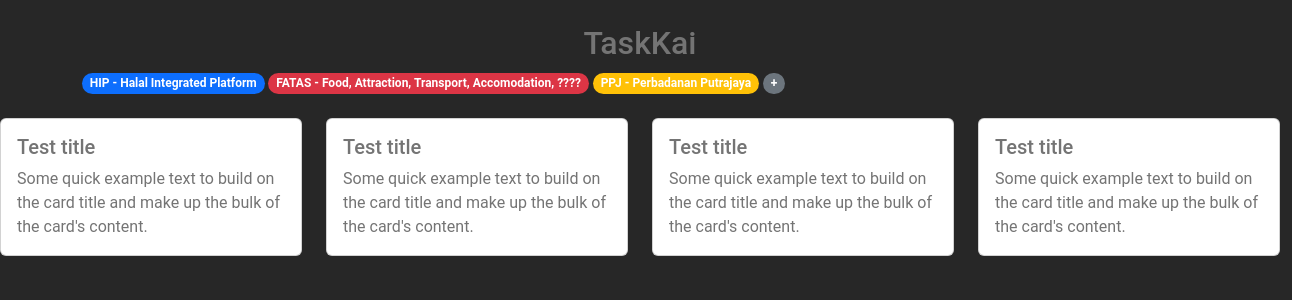
Repository: faizhakimi99/TaskKai
Page: src/views/index.html
The author's editor kept a copy of each file at every save. The page is drawn from the files as they stood at one save, then again after the next save.
The browser window is 1280 px wide. The page is 1292 px wide, then 1280 px, so the pictures cover 1292 px, including what lies to the right of the window. The pictures show the whole page.

Above is the page before, as saved 2025-01-27 12:44:53.

### src/views/index.html
<!DOCTYPE html>
<html lang="en">

<head>
    <meta charset="UTF-8">
    <meta name="viewport" content="width=device-width, initial-scale=1.0">
    <title>Task Kai</title>
    <link rel="stylesheet" href="/plugins/css/bootstrap.min.css" type="text/css">
    <link rel="stylesheet" href="/customStyle/style.css" type="text/css">
</head>

<body>
    <div class="mt-4"></div>
    <div id="notes-header" class="container">
        <div class="row">
            <div class="col-lg-12 text-center">
                <h2>TaskKai</h2>
            </div>
        </div>
    </div>

    <div id="list-project" class="container">
        <div class="row">
            <div class="col-lg-12">
                <span class="rounded-pill badge bg-primary">HIP - Halal Integrated Platform</span>
                <span class="rounded-pill badge bg-danger">FATAS - Food, Attraction, Transport, Accomodation, ????</span>
                <span class="rounded-pill badge bg-warning">PPJ - Perbadanan Putrajaya</span>
                <span class="rounded-pill badge bg-secondary">+</span>
            </div>
        </div>
    </div>

    <div id="kanban-project" class="custom-container-margin mt-4">
        <div class="row">
            <div class="col-lg-3">
                <div class="card h-100">
                    <div class="card-body">
                        <h5 class="card-title">Test title</h5>
                        <span>Some quick example text to build on the card title and make up the bulk of the card's content.</span>
                    </div>
                </div>
            </div>
            <div class="col-lg-3">
                <div class="card h-100">
                    <div class="card-body">
                        <h5 class="card-title">Test title</h5>
                        <span>Some quick example text to build on the card title and make up the bulk of the card's content.</span>
                    </div>
                </div>
            </div>
            <div class="col-lg-3">
                <div class="card h-100">
                    <div class="card-body">
                        <h5 class="card-title">Test title</h5>
                        <span>Some quick example text to build on the card title and make up the bulk of the card's content.</span>
                    </div>
                </div>
            </div>
            <div class="col-lg-3">
                <div class="card h-100">
                    <div class="card-body">
                        <h5 class="card-title">Test title</h5>
                        <span>Some quick example text to build on the card title and make up the bulk of the card's content.</span>
                    </div>
                </div>
            </div>
        </div>
    </div>


    <script src="/plugins/js/bootstrap.min.js"></script>
</body>

</html>

### src/public/customStyle/style.css
:root {
    --background-color: #272727;
    --primary-color: #747474;
    --secondary-color: #ff652f;
    --third-color: #ffe400;
    --fourth-color: #14a76c;
    --font-family: 'Roboto', sans-serif;
    --spacing: 16px;
}

body {
    font-size: 16px;
    font-family: var(--font-family);
    color: var(--primary-color);
    background-color: var(--background-color);
}

.custom-margin-container {
    margin-left: 50px;
    margin-right: 50px;
}

Loaded but not shown: src/public/plugins/css/bootstrap.min.css (library); src/public/plugins/js/bootstrap.min.js (library)

After the next save:
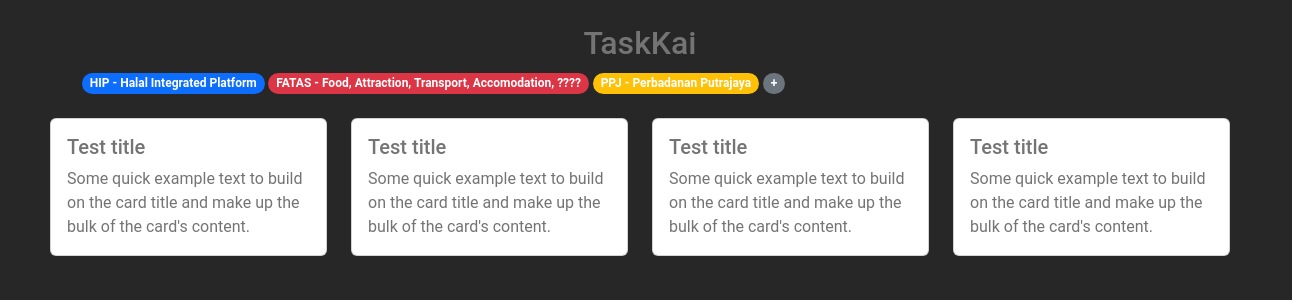
Saved 12 s later.
--- a/src/views/index.html
+++ b/src/views/index.html
@@ -30,7 +30,7 @@
         </div>
     </div>
 
-    <div id="kanban-project" class="custom-container-margin mt-4">
+    <div id="kanban-project" class="custom-margin-container mt-4">
         <div class="row">
             <div class="col-lg-3">
                 <div class="card h-100">
